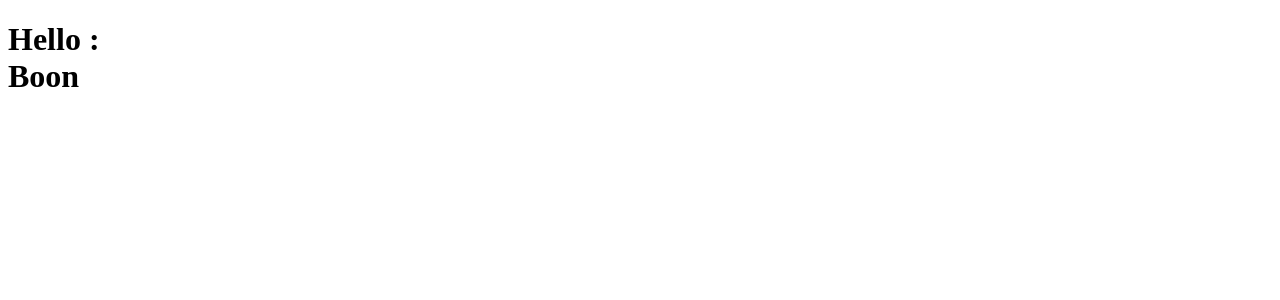
Repository: supakorn5039-boon/React-s
Page: /
These files come from the project's save history. The page is drawn as it stood at one moment and after a run of saves; the edit follows.
The browser window is 1280 px wide. The pictures show the whole page.
The project was rebuilt for these pictures with package versions that can differ from the ones it lists, and the page was loaded fresh each time. Also part of the build but not shown: vite.config.js.

Above is the page before, as saved 2024-01-08 23:19:04.

After the next 2 saves:
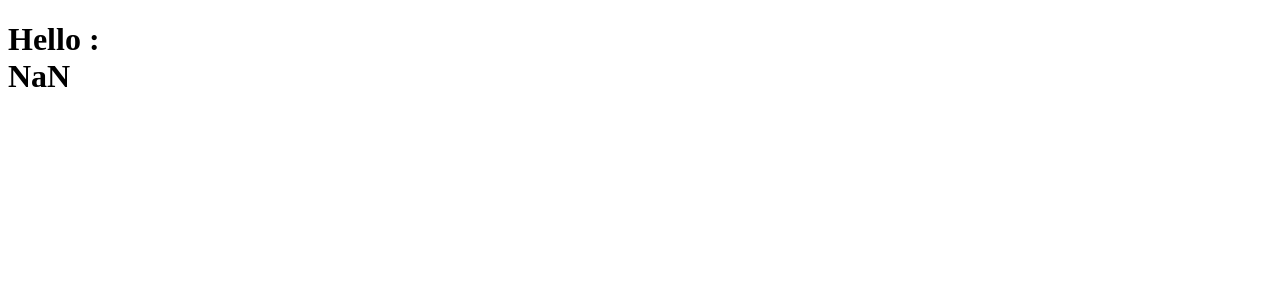
The 2 saves are shown as one change because they came seconds apart.
The last was saved 8 s later.
--- a/src/App.jsx
+++ b/src/App.jsx
@@ -13,7 +13,7 @@ export default function App() {
     <h1>
       Hello :
       <br />
-      {name}
+      {sum()}
     </h1>
   );
 }
